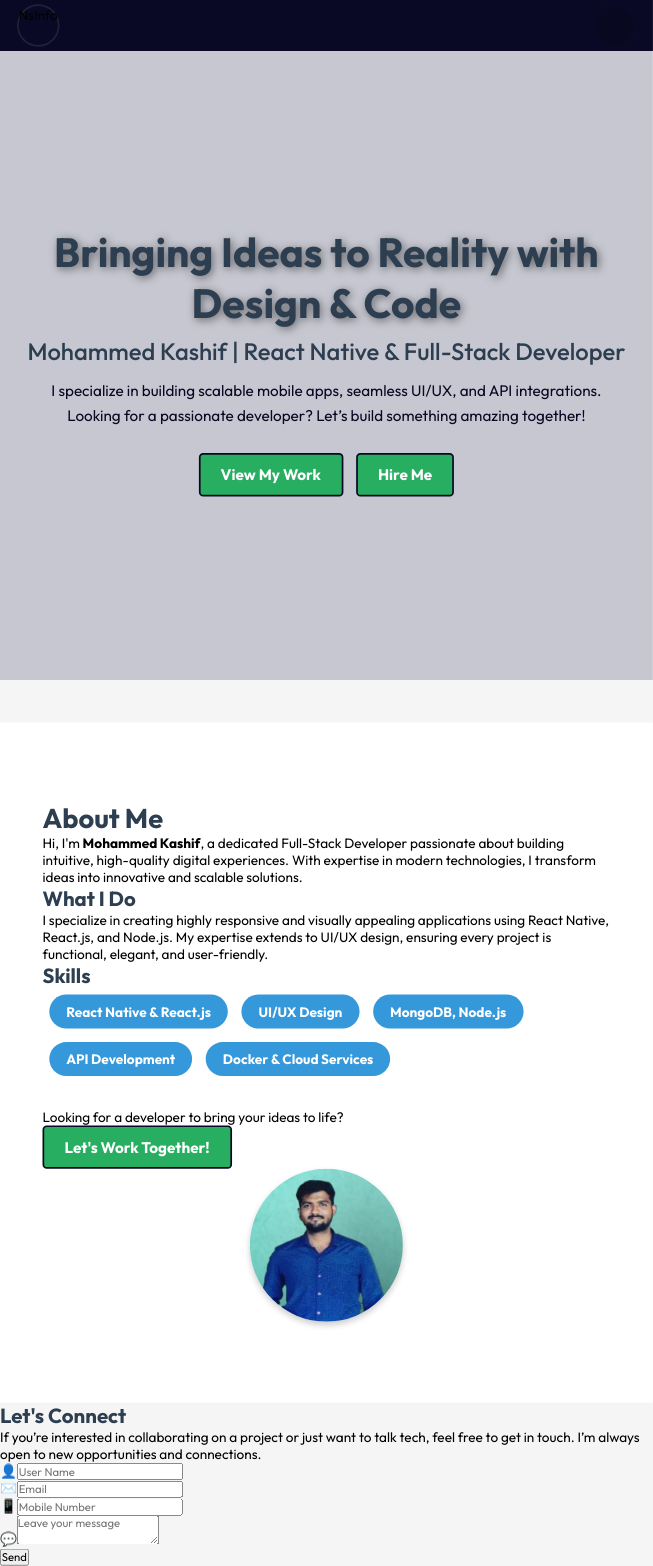
Repository: TechProjectss/Portfolio
Page: / (app in Portfolio/)
The author's editor kept a copy of each file at every save. The page is drawn from the files as they stood at one save, then again after the next save.
The browser window is 768 px wide. The pictures show the whole page, at 85% of full size.
Pictures or frames that could not be fetched are drawn as grey boxes. The project was rebuilt for these pictures with package versions that can differ from the ones it lists, and the page was loaded fresh each time. Also part of the build but not shown: Portfolio/vite.config.js, Portfolio/src/components/Contact/Contact.css.

Above is the page before, as saved 2025-02-25 18:07:17.

### Portfolio/src/index.css
@import url('https://fonts.googleapis.com/css2?family=Outfit:wght@100..900&display=swap');

*{
    margin: 0;
    padding: 0;
    box-sizing: border-box;
    font-family: "Outfit", serif;
}

body{
    background-color: #f5f5f5;
}

a{
    text-decoration: none;
    color: inherit;
    line-height: 1;
    cursor: pointer;
}

.container{
    padding-left: 5%;
    padding-right: 5%;
}

### Portfolio/src/App.jsx
import React from 'react'
import Navbar from './components/Navbar/Navbar'
import Hero from './components/Hero/Hero'
import About from './components/About/About'
import Contact from './components/Contact/contact'

const App = () => {
  return (
    <div>
      <Navbar />
      <Hero />
      <About />
      <Contact />
    </div>
  )
}

export default App

### Portfolio/src/components/Navbar/Navbar.jsx
import React, { useState } from "react";
import "./Navbar.css";
import logosk from "../../assets/logosk1.png";

const Navbar = () => {
    const [menuOpen, setMenuOpen] = useState(false);

    return (
        <nav className="navbar">
            {/* Menu Icon (Hamburger) */}
            <div className="menu-icon" onClick={() => setMenuOpen(!menuOpen)}>
                <i className="fas fa-bars"></i>
            </div>

            {/* Logo */}
            <div className="logo-container">
                <img src={logosk} alt="logo" className="logo" />
            </div>

            {/* Navigation Links */}
            <ul className={menuOpen ? "nav-items open" : "nav-items"}>
                <li><a href="#home">Home</a></li>
                <li><a href="#about">About</a></li>
                <li><a href="#programs">Programs</a></li>
                <li><a href="#projects">Projects</a></li>
                <li><a href="#contact">Contact Us</a></li>
            </ul>
        </nav>
    );
};

export default Navbar;

### Portfolio/src/components/Hero/Hero.jsx
import React from 'react';
import './Hero.css';

const Hero = () => {
    return (
        <div className='hero container'>
            <div className="hero-text">
                <h1>Bringing Ideas to Reality with Design & Code</h1>
                <h2>Mohammed Kashif | React Native & Full-Stack Developer</h2>
                <p>
                    I specialize in building scalable mobile apps, seamless UI/UX, and API integrations.
                    Looking for a passionate developer? Let’s build something amazing together!
                </p>
                <div className="hero-buttons">
                    <button className="btn primary">View My Work</button>
                    <button className="btn secondary">Hire Me</button>
                </div>
            </div>
        </div>
    );
};

export default Hero;

### Portfolio/src/components/About/about.js
import React from 'react';
import './About.css';

const About = () => {
    return (
        <div className='about-section container'>
            <div className='about-text'>
                <h1>About Me</h1>
                <p className='intro'>
                    Hi, I'm <strong>Mohammed Kashif</strong>, a dedicated Full-Stack Developer passionate about building intuitive,
                    high-quality digital experiences. With expertise in modern technologies, I transform ideas into innovative
                    and scalable solutions.
                </p>
                <h2>What I Do</h2>
                <p>
                    I specialize in creating highly responsive and visually appealing applications using React Native, React.js,
                    and Node.js. My expertise extends to UI/UX design, ensuring every project is functional, elegant, and user-friendly.
                </p>
                <div className='skills'>
                    <h2>Skills</h2>
                    <ul>
                        <li>React Native & React.js</li>
                        <li>UI/UX Design</li>
                        <li>MongoDB, Node.js</li>
                        <li>API Development</li>
                        <li>Docker & Cloud Services</li>
                    </ul>
                </div>
                <div className='cta'>
                    <p>Looking for a developer to bring your ideas to life?</p>
                    <button className='btn primary'>Let's Work Together!</button>
                </div>
            </div>
            <div className='about-image'>
                <img src='profile.jpg' alt='Mohammed Kashif' />
            </div>
        </div>
    );
};

export default About;

### Portfolio/src/components/Contact/contact.jsx
import React from "react";
import "./Contact.css";


const Contact = () => {
    return (
        <div className="contact-container">
            <nav className="navbar">
                <div className="logo">NsInfo</div>
                <ul className="nav-items">
                    <li><a href="#">Home</a></li>
                    <li><a href="#">Services</a></li>
                    <li><a href="#">About</a></li>
                    <li><a href="#">Contact</a></li>
                </ul>
            </nav>

            <div className="contact-wrapper">
                <div className="contact-box">
                    <h2>Let's Connect</h2>
                    <p>
                        If you’re interested in collaborating on a project or just want to talk tech,
                        feel free to get in touch. I’m always open to new opportunities and connections.
                    </p>
                    <form>
                        <div className="input-group">
                            <span>👤</span>
                            <input type="text" placeholder="User Name" required />
                        </div>
                        <div className="input-group">
                            <span>✉️</span>
                            <input type="email" placeholder="Email" required />
                        </div>
                        <div className="input-group">
                            <span>📱</span>
                            <input type="tel" placeholder="Mobile Number" required />
                        </div>
                        <div className="input-group">
                            <span>💬</span>
                            <textarea placeholder="Leave your message" required></textarea>
                        </div>
                        <button type="submit">Send</button>
                    </form>
                </div>
            </div>
        </div>
    );
};

export default Contact;

### Portfolio/src/components/Navbar/Navbar.css
/* Navbar Container */
.navbar {
    width: 100%;
    color: #080824;
    padding: 12px 20px;
    position: fixed;
    top: 0;
    left: 0;
    display: flex;
    align-items: center;
    justify-content: space-between;
    z-index: 1000;
    height: 60px;
    background: rgba(8, 8, 36, 0.9);
    transition: all 0.3s ease-in-out;
}

/* Menu Icon */
.menu-icon {
    font-size: 28px;
    cursor: pointer;
    color: white;
    display: none; /* Hide by default */
}

/* Logo Styling */
.logo-container {
    display: flex;
    align-items: center;
}

.logo {
    width: 50px;
    height: 50px;
    border-radius: 50%;
    object-fit: cover;
    border: 2px solid white;
    cursor: pointer;
    mix-blend-mode: color-burn;
}

/* Navigation Links */
.nav-items {
    display: flex;
    list-style: none;
}

.nav-items li {
    margin: 0 15px;
}

.nav-items a {
    text-decoration: none;
    color: #82adad;
    font-size: 18px;
    font-weight: 500;
    transition: color 0.3s ease-in-out;
}

.nav-items a:hover {
    color: #8ca5a5;
}

/* Mobile Responsive */
@media (max-width: 900px) {
    .menu-icon {
        display: block; /* Show menu icon on mobile */
    }

    .nav-items {
        display: none;
        flex-direction: column;
        position: fixed;
        top: 60px;
        left: 0;
        width: 100%;
        height: calc(100vh - 60px);
        background: rgba(8, 8, 36, 0.95);
        text-align: center;
        padding-top: 20px;
        transition: transform 0.3s ease-in-out;
    }

    .nav-items.open {
        display: flex;
    }

    .nav-items li {
        margin: 20px 0;
    }
}

### Portfolio/src/components/Hero/Hero.css
.hero {
    height: 100vh; /* Ensures it covers the full viewport height */
    background-size: cover;
    background-color: #c7c7d1;
    background-position: center;
    color: #080824;
    display: flex;
    align-items: center;
    justify-content: center;
    text-align: center;
    padding: 20px;
    position: relative;
    margin-bottom: 50px;

}


/* Animations */
@keyframes fadeIn {
    from { opacity: 0; transform: translateY(20px); }
    to { opacity: 1; transform: translateY(0); }
}

.hero-text {
    max-width: 800px;
    padding-top: 50px; /* Adjust this to push content lower */
}

.hero-text h1 {
    font-size: 48px;
    font-weight: 700;
    text-shadow: 2px 2px 10px rgba(0, 0, 0, 0.5);
}

.hero-text h2 {
    font-size: 28px;
    font-weight: 500;
    margin-top: 10px;
}

.hero-text p {
    max-width: 700px;
    margin: 15px auto 30px;
    line-height: 1.6;
    font-size: 18px;
}

/* Button Styles */
.hero-buttons {
    display: flex;
    gap: 15px;
    justify-content: center;
}

.btn {
    padding: 12px 24px;
    font-size: 18px;
    font-weight: 600;
    border: none;
    cursor: pointer;
    border-radius: 5px;
    transition: all 0.3s ease;
}

.primary {
    background: transparent;
    color: #080824;
    border: 2px solid #080824;
}

.primary:hover {
    background: #080824;
    color: #fff;
    transform: scale(1.05);
}

.secondary {
    background: transparent;
    color: #080824;
    border: 2px solid #080824;
}

.secondary:hover {
    background: #080824;
    color: #fff;
    transform: scale(1.05);
}

### Portfolio/src/components/About/About.css
.body {
    font-family: 'Poppins', sans-serif;
    margin: 0;
    padding: 0;
    background: #f4f4f4;
    color: #333;
}

.container {
    max-width: 900px;
    margin: auto;
    padding: 20px;
    text-align: center;
}

h1, h2 {
    color: #2c3e50;
}

/* About Section */
.about-section {
    display: flex;
    flex-direction: column;
    align-items: center;
    justify-content: center;
    min-height: 100vh; /* Ensures About section also fills screen */
    text-align: center;
    padding: 50px;
    background: white;
    margin-top: 50px; /* Adjust this if needed */
}


.about-content {
    display: flex;
    align-items: center;
    justify-content: space-between;
    flex-wrap: wrap;
    margin-top: 30px;
}

.about-text {
    width: 60%;
    text-align: left;
}

.about-image img {
    width: 180px;
    height: 180px;
    border-radius: 50%;
    box-shadow: 0 4px 8px rgba(0, 0, 0, 0.2);
    transition: transform 0.3s ease-in-out;
}

.about-image img:hover {
    transform: scale(1.1);
}

/* Skills Section */
.skills ul {
    list-style: none;
    padding: 0;
}

.skills li {
    display: inline-block;
    background: #3498db;
    color: white;
    padding: 10px 20px;
    border-radius: 20px;
    margin: 8px;
    font-weight: bold;
    transition: 0.3s;
}

.skills li:hover {
    background: #2980b9;
}

/* Call to Action */
.cta {
    margin-top: 30px;
}

.btn {
    display: inline-block;
    background: #27ae60;
    color: white;
    padding: 12px 24px;
    text-decoration: none;
    border-radius: 5px;
    font-weight: bold;
    transition: background 0.3s;
}

.btn:hover {
    background: #2ecc71;
}

/* Animations */
@keyframes fadeIn {
    from { opacity: 0; transform: translateY(20px); }
    to { opacity: 1; transform: translateY(0); }
}

@media (max-width: 768px) {
    .about-content {
        flex-direction: column;
        text-align: center;
    }

    .about-text, .about-image {
        width: 100%;
    }
}

Loaded but not shown: Portfolio/index.html (common file); Portfolio/src/main.jsx (common file)

After the next save:
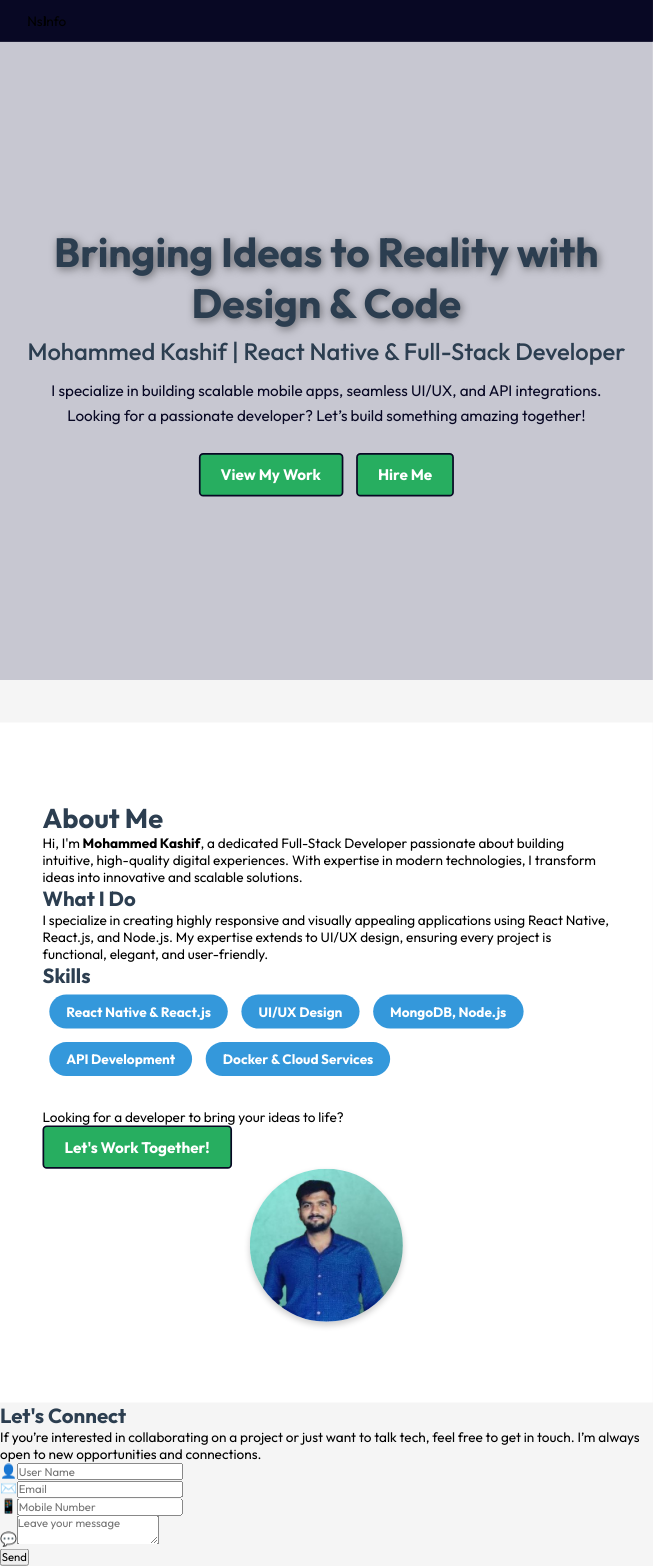
Saved 60 s later.
--- a/Portfolio/src/components/Navbar/Navbar.css
+++ b/Portfolio/src/components/Navbar/Navbar.css
@@ -2,25 +2,16 @@
 .navbar {
     width: 100%;
     color: #080824;
-    padding: 12px 20px;
+    background-color: #080824; /* Added background color */
+    padding: 12px 30px;
     position: fixed;
     top: 0;
     left: 0;
     display: flex;
     align-items: center;
     justify-content: space-between;
-    z-index: 1000;
-    height: 60px;
-    background: rgba(8, 8, 36, 0.9);
+    z-index: 100;
     transition: all 0.3s ease-in-out;
-}
-
-/* Menu Icon */
-.menu-icon {
-    font-size: 28px;
-    cursor: pointer;
-    color: white;
-    display: none; /* Hide by default */
 }
 
 /* Logo Styling */
@@ -30,11 +21,11 @@
 }
 
 .logo {
-    width: 50px;
-    height: 50px;
-    border-radius: 50%;
-    object-fit: cover;
-    border: 2px solid white;
+    width: 25px;
+    height: 25px;
+    border-radius: 50%; /* Makes the image circular */
+    object-fit: cover; /* Ensures the image fits within the circular space */
+    border: 2px solid white; /* Optional: Adds a border around the logo */
     cursor: pointer;
     mix-blend-mode: color-burn;
 }
@@ -51,8 +42,8 @@
 
 .nav-items a {
     text-decoration: none;
-    color: #82adad;
-    font-size: 18px;
+    color: #ffff;
+    font-size: 16px;
     font-weight: 500;
     transition: color 0.3s ease-in-out;
 }
@@ -61,24 +52,30 @@
     color: #8ca5a5;
 }
 
-/* Mobile Responsive */
-@media (max-width: 900px) {
+/* Mobile Menu Icon */
+.menu-icon {
+    display: none;
+    font-size: 28px;
+    cursor: pointer;
+    color: white;
+}
+
+/* Responsive Design */
+@media (max-width: 768px) {
     .menu-icon {
-        display: block; /* Show menu icon on mobile */
+        display: block;
     }
 
     .nav-items {
         display: none;
         flex-direction: column;
-        position: fixed;
+        background: rgba(0, 0, 0, 0.9);
+        position: absolute;
         top: 60px;
-        left: 0;
+        right: 0;
         width: 100%;
-        height: calc(100vh - 60px);
-        background: rgba(8, 8, 36, 0.95);
         text-align: center;
-        padding-top: 20px;
-        transition: transform 0.3s ease-in-out;
+        padding: 20px;
     }
 
     .nav-items.open {
@@ -86,6 +83,6 @@
     }
 
     .nav-items li {
-        margin: 20px 0;
+        margin: 15px 0;
     }
 }
